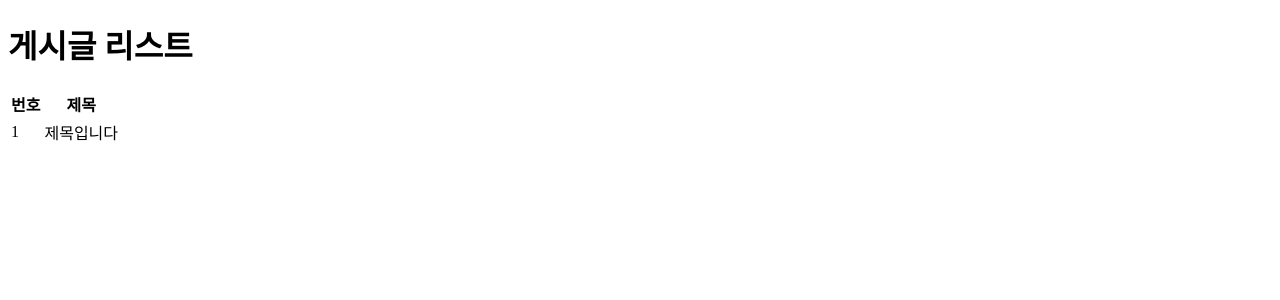
Repository: sandartchip/Board_v01
Page: Board_v01/firstjsp/WebContent/Copy of index.html
These files come from the project's save history. The page is drawn as it stood at one moment and after the next save; the edit follows.
The browser window is 1280 px wide. The pictures show the whole page.

Above is the page before, as saved 2019-03-18 03:22:06.

### Board_v01/firstjsp/WebContent/Copy of index.html
<!DOCTYPE html>
<html>
<head>
<meta charset="UTF-8">
<title>게 시 판 입 니 다</title>
</head>
<body>
	<h1>게시글 리스트</h1>
	<table>
		<tr>
			<th>번호</th>
			<th>제목</th>
		</tr>
		<tr>
			<td>1</td>
			<td>제목입니다</td>
		</tr>
	</table>
</body>
</html>

After the next save:
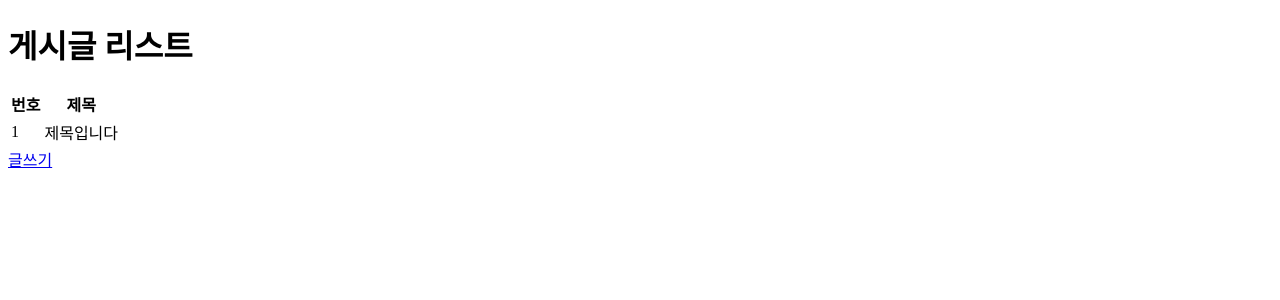
Saved 5 min 37 s later.
--- a/Board_v01/firstjsp/WebContent/Copy of index.html
+++ b/Board_v01/firstjsp/WebContent/Copy of index.html
@@ -16,5 +16,6 @@
 			<td>제목입니다</td>
 		</tr>
 	</table>
+	<a href="write.html">글쓰기</a>
 </body>
 </html>
